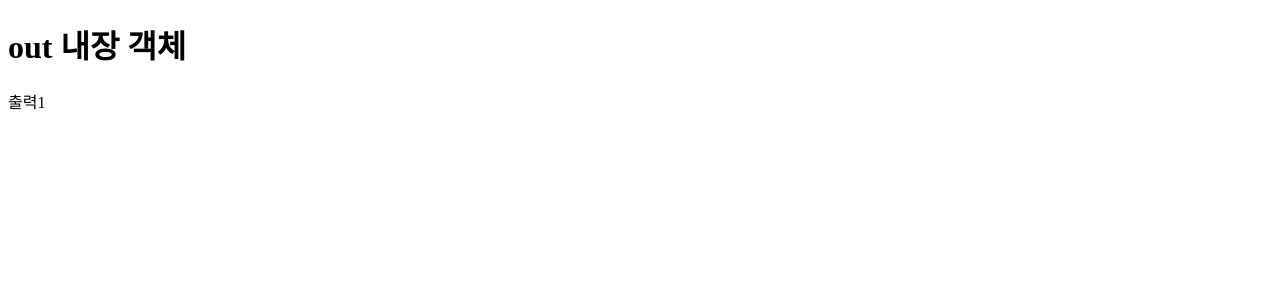
Repository: hwa3845/fullstackjava
Page: http://localhost/web02/ex10.jsp
An editor plug-in stored every save of this project. The page is shown before and after the next save, followed by the edit.
The browser window is 1280 px wide. The pictures show the whole page.
The page is served by Tomcat 9.

Above is the page before, as saved 2025-04-15 05:42:24.

### webWorkspace/web02/WebContent/ex10.jsp
<%@ page language="java" contentType="text/html; charset=UTF-8"
    pageEncoding="UTF-8"%>
<!DOCTYPE html PUBLIC "-//W3C//DTD HTML 4.01 Transitional//EN" "http://www.w3.org/TR/html4/loose.dtd">
<html>
<head>
<meta http-equiv="Content-Type" content="text/html; charset=UTF-8">
<title>Insert title here</title>
</head>
<body>
<h1>out 내장 객체 </h1>
<%
out.write("출력1".toCharArray());
%>
</body>
</html>

After the next save:
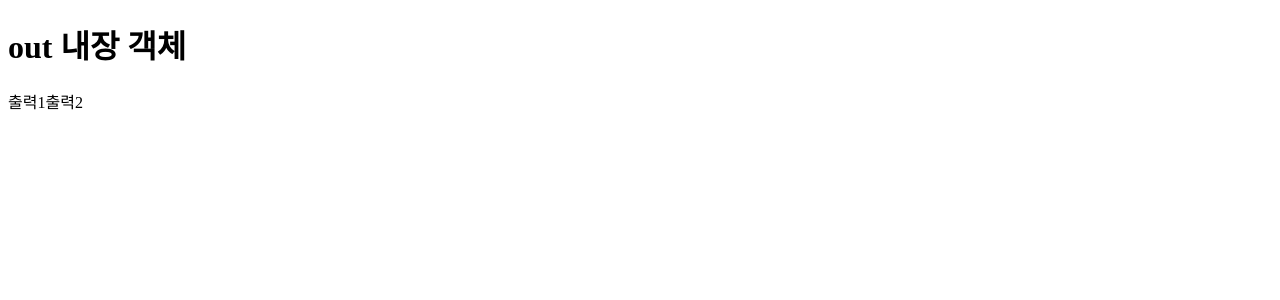
Saved 24 s later.
--- a/webWorkspace/web02/WebContent/ex10.jsp
+++ b/webWorkspace/web02/WebContent/ex10.jsp
@@ -10,6 +10,7 @@
 <h1>out 내장 객체 </h1>
 <%
 out.write("출력1".toCharArray());
+out.print("출력2");
 %>
 </body>
 </html>
